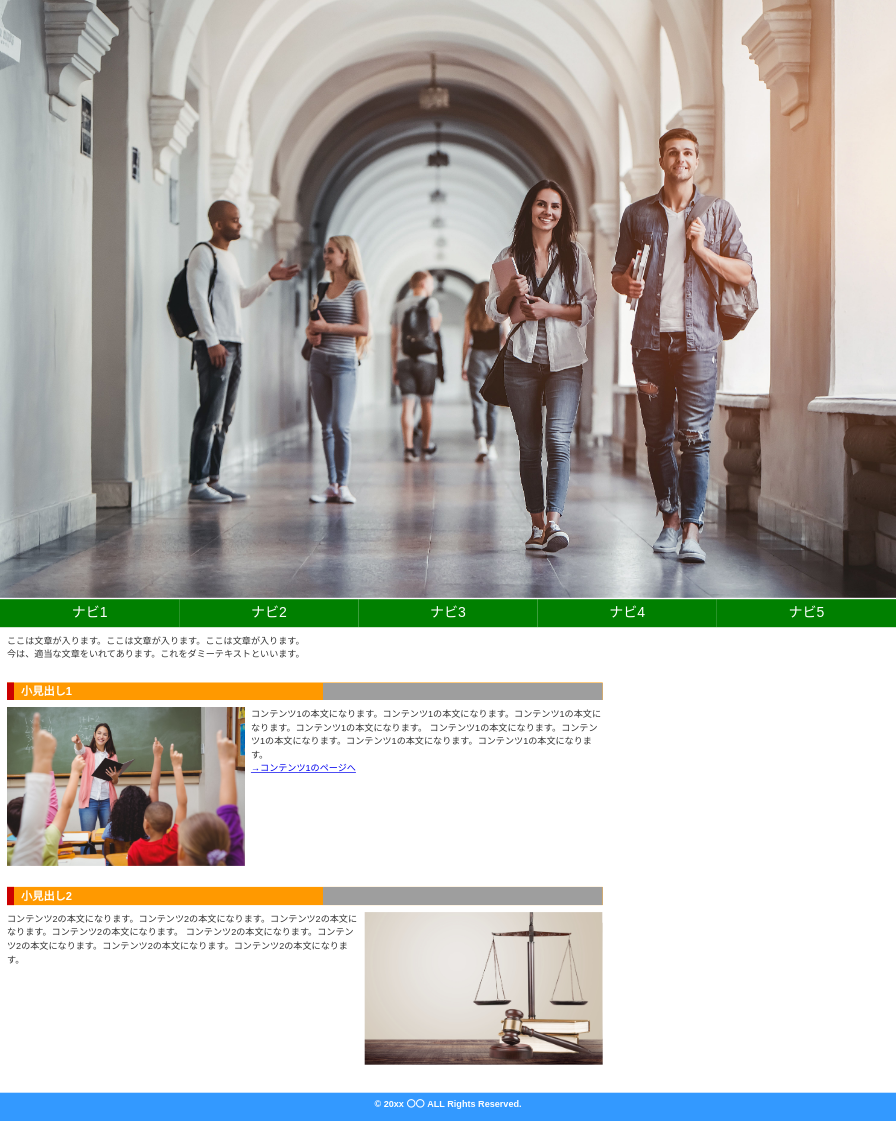
Repository: chiccha-ino/samurai_HTML-CSS
Page: home.html
The author's editor kept a record of every edit. The page is drawn from the files as they stood at one moment, then again after the next edit.
The browser window is 1280 px wide. The pictures show the whole page, at 70% of full size.
Pictures or frames that could not be fetched are drawn as grey boxes.

Above is the page before.

### home.html
<!DOCTYPE html>
<html lang="ja">
    <head>
        <meta charset="UTF-8">
        <title>HTML/CSSの学習</title>
        <link rel="stylesheet" href="stylesheet.css">
    </head>
    <body>
        <div id="header">
            <h1><a href="index.html"><img id="corridor" src="images/corridor.jpg" alt="大学の廊下" /></a></h1>
        </div>
        <div id="wrapper">
            <div id="nav">
                <ul>
                    <li><a href="home.html">ナビ1</a></li>
                    <li><a href="#">ナビ2</a></li>
                    <li><a href="#">ナビ3</a></li>
                    <li><a href="#">ナビ4</a></li>
                    <li><a href="#">ナビ5</a></li>
                </ul>
            </div>
            <div id="container">
                <div id="main">
                    <div class="post">
                        <p>ここは文章が入ります。ここは文章が入ります。ここは文章が入ります。<br />今は、適当な文章をいれてあります。これをダミーテキストといいます。</p>
                    </div>
                    <div class="post clearfix">
                        <h2>小見出し1</h2>
                        <img class="left" src="images/classroom.jpg" alt="授業風景" />
                        <p>
                            コンテンツ1の本文になります。コンテンツ1の本文になります。コンテンツ1の本文になります。コンテンツ1の本文になります。
                            コンテンツ1の本文になります。コンテンツ1の本文になります。コンテンツ1の本文になります。コンテンツ1の本文になります。
                        </p>
                        <p><a href="#">→コンテンツ1のページへ</a></p>
                    </div>
                    <div class="post clearfix">
                        <h2>小見出し2</h2>
                        <img class="right" src="images/scale.jpg" alt="天秤"/>
                        <p>
                            コンテンツ2の本文になります。コンテンツ2の本文になります。コンテンツ2の本文になります。コンテンツ2の本文になります。
                            コンテンツ2の本文になります。コンテンツ2の本文になります。コンテンツ2の本文になります。コンテンツ2の本文になります。
                        </p>
                    </div>
                </div>
            </div>
        </div>
        <div id="fotter">
            <p>&copy; 20xx 〇〇 ALL Rights Reserved.</p>
        </div>
    </body>
</html>

### stylesheet.css
@charset "utf-8";

body {
        margin: 0;
        padding: 0;
        font-family: "ヒラギノ角ゴ Pro W3", "Hiragino Kaku Gothic Pro", "メイリオ", Meiryo, Osaka, "ＭＳ Ｐゴシック", "MS PGothic", sans-serif;
	    color: #333;
        font-size: 13px;
        line-height: 150%;
}

/* ------------------------------------ wrapper ------------------------------------*/
#wrapper {
    width: 100%;
    margin: auto;
    margin-top: -10px;
    padding: 0px;
    border: 0px;
    background-color: #FFF;
    top: 10px;
    position: relative;
}

/* ------------------------------------ header ------------------------------------*/
#header {
    width: 100%;
}
#header h1 {
    margin: 0;
    padding: 0;
}

#corridor {
    width: 100%;
    height: auto;
}

/* ------------------------------------ fotter ------------------------------------*/
#fotter {
    clear: both;
    width: 100%;
    padding: 3px 0 3px 0;
    background: #39F;
    color: #FFF;
    font-weight: bold;
    text-align: center;
}
/* ------------------------------------ nav ------------------------------------*/
#nav {
    width: 100%;
}
#nav ul {
    display: flex;
    margin: 0;
    padding: 0;
    list-style-type: none;
}
#nav ul li {
    /*float: left;*/
    width: 20%;
    text-align: center;
}
#nav ul li a {
    display: block;
    height: 20px;
    margin: 0;
    padding: 10px;
    color: #FFF;
    font-size: 20px;
    text-decoration: none;
    background-color: green;
}

#nav ul li a:hover {
    filter: drop-shadow(10px 10px 10px black);
}

/* ------------------------------------ container ------------------------------------*/
#container {
    width: 100%;
    margin: auto ;
    padding: auto;
    padding-top: auto;
    clear: both;
    display: grid;
    grid-template-columns: 70vw 30vw;
}
/* ------------------------------------ main ------------------------------------*/
#main {
    float: left;
    /*width: 60%;*/
    width: 95%;
    padding: 10px 30px 10px 10px;
}
#main h2 {
    margin: 0 0 10px 0;
    padding: 3px 10px 3px 10px;
    color: #FFF;
    font-size: 16px;
    border-left: solid 10px #C00;
    background: #F90 url(../images/main_h2.jpg) right top repeat-y;
}
#main p {
    margin: 0;
    padding: 0;
}
#main .post {
    margin: 0 0 30px 0;
}

#main .post img.right {
    margin: 0 0 0 8px;
}
#main .post img.left {
    margin: 0 8px 0 0;
}

.right {
    float: right;
    width: 40%;
    height: auto;
}

.left {
    float: left;
    width: 40%;
    height: auto;
}

/* ------------------------------------ clearfix ------------------------------------*/
.clearfix {
    zoom: 1;
}

.clearfix:after{
    content: "";
    display: block;
    clear: both;
}
/* ------------------------------------ side ------------------------------------*/
#side {
    /*float: right;
    width: 30%;*/
    width: 85%;
    padding: 20px;
    background-color: #F99;
}
#side .box {
    margin: 0 auto 30px auto;
    padding: 0 0 20px 0;
    background: url(images/side_box.png) bottom no-repeat;
}
#side .box h2 {
    margin: 0;
    padding: 8px;
    text-align: center;
    color: #FFF;
    font-size: 16px;
    line-height: 16px;
    font-weight: normal;
    background: url(images/side_box_h2.png) center no-repeat;
}
#side .box .boxBody {
    padding: 8px;
    border-right: solid 1px #C36;
    border-bottom: solid 1px #C36;
    border-left: solid 1px #C36;
    background: #fff;
}
#side .box .boxBody ul li {
    padding: 8px 0 8px 4px;
    list-style: none;
    border-bottom: solid 1px #C36;
}

#side .box .boxBody ul li:hover {
    padding: 8px 0 8px 4px;
    list-style: none;
    border-bottom: solid 1px #C36;
    box-shadow: 0px 4px 4px rgba(0, 0, 0, 0.3);
}

After the next edit:
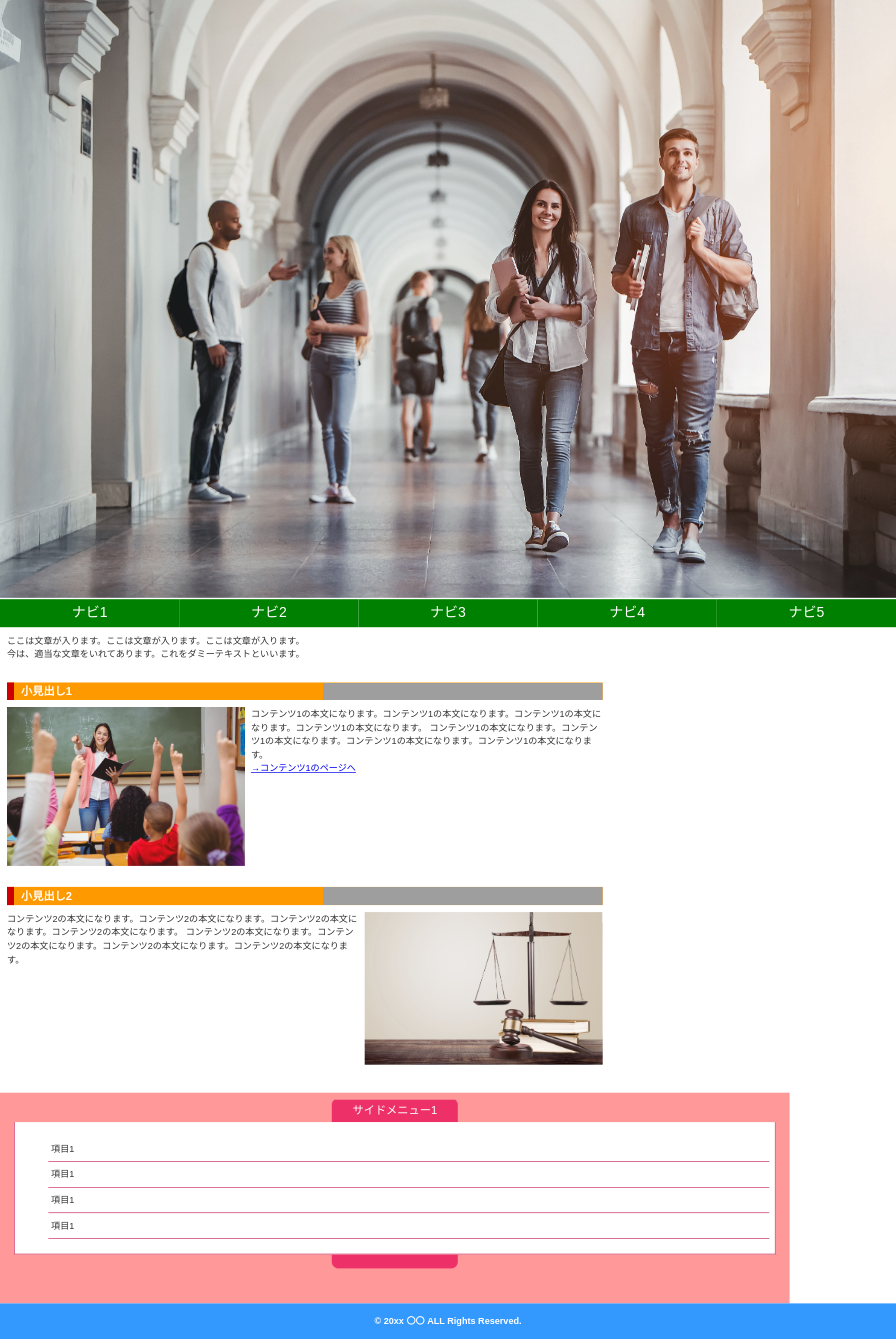
The edit:
--- a/home.html
+++ b/home.html
@@ -44,6 +44,19 @@
                 </div>
             </div>
         </div>
+        <div id="side">
+            <div class="box">
+                <h2>サイドメニュー1</h2>
+                <div class="boxBody">
+                    <ul>
+                        <li>項目1</li>
+                        <li>項目1</li>
+                        <li>項目1</li>
+                        <li>項目1</li>
+                    </ul>
+                </div>
+            </div>
+        </div>
         <div id="fotter">
             <p>&copy; 20xx 〇〇 ALL Rights Reserved.</p>
         </div>
